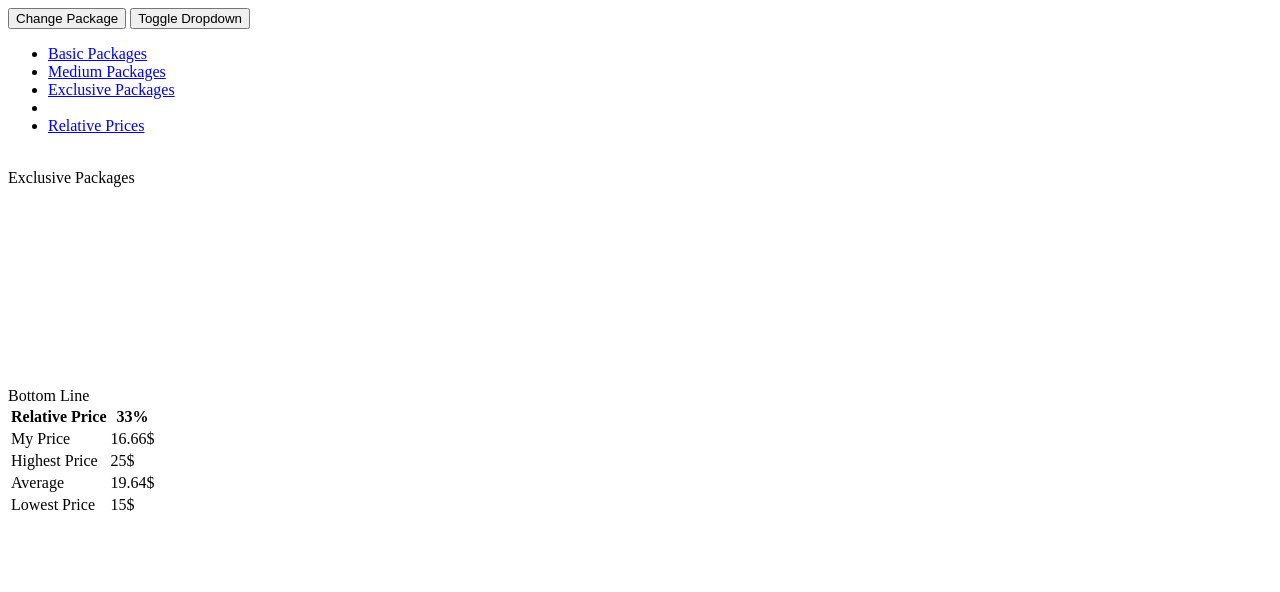
Repository: netaosman/Price-try-course
Page: prixceFrontEnd/src/main/webapp/Prixce_FrontEnd/HTML/Market/pricesPack/HighPackages.html
An editor plug-in stored every save of this project. The page is shown before and after the next save, followed by the edit.
The browser window is 1280 px wide. The pictures show the whole page.

Above is the page before, as saved 2017-09-24 16:07:46.

### prixceFrontEnd/src/main/webapp/Prixce_FrontEnd/HTML/Market/pricesPack/HighPackages.html
<!--  <p class="sub-header">Exclusive Packages</p>-->

<div class="container-fluid">
	<div class="dropdown">
		<!-- Split button -->
		<div class="btn-group">
			<button type="button" class="btn btn-default">Change Package</button>
			<button type="button" class="btn btn-default dropdown-toggle"
				data-toggle="dropdown" aria-haspopup="true" aria-expanded="false">
				<span class="caret"></span> <span class="sr-only">Toggle
					Dropdown</span>
			</button>
			<ul class="dropdown-menu">
				<li><a href="#/BasicPackages">Basic Packages</a></li>
				<li><a href="#/MedPackages">Medium Packages</a></li>
				<li><a href="#/HighPackages">Exclusive Packages</a></li>
				<li role="separator" class="divider"></li>
				<li><a href="#/RelativePrices">Relative Prices</a></li>
			</ul>
		</div>
	</div>
	<br>
	<div class="row placeholders">
		<div class="col-xs-12 col-md-8 col-lg-8" ng-controller="PricesHighCtrl">
			<div class="panel panel-default-1">
				<div class="panel-heading">Exclusive Packages</div>
				<div class="panel-body">
					<!-- <div class="panel-title">Prices</div> -->
					<canvas id="base" class="chart-horizontal-bar" chart-data="data"
						chart-labels="labels" chart-colors="colors" height="200">
                                </canvas>
				</div>
			</div>
		</div>
		<div class="col-xs-12 col-md-4 col-lg-4">
			<div class="panel panel-default-1">
				<div class="panel-heading">Bottom Line</div>
				<div class="panel-body">
					<table class="table">
						<thead>
							<tr>
								<th class="relative">Relative Price</th>
								<th class="relative-price">33%</th>
							</tr>
						</thead>
						<tbody>
							<tr>
								<td class="title-prices"><span
									class="glyphicon glyphicon-hand-right" aria-hidden="true"></span>
									My Price</td>
								<td class="prices">16.66$</td>
							</tr>
							<tr>
								<td class="title-prices"><span
									class="glyphicon glyphicon-hand-up" aria-hidden="true"></span>
									Highest Price</td>
								<td class="prices">25$</td>
							</tr>
							<tr>
								<td class="title-prices"><span
									class="glyphicon glyphicon-hand-left" aria-hidden="true"></span>
									Average</td>
								<td class="prices">19.64$</td>
							</tr>
							<tr>
								<td class="title-prices"><span
									class="glyphicon glyphicon-thumbs-down" aria-hidden="true"></span>
									Lowest Price</td>
								<td class="prices">15$</td>
							</tr>
						</tbody>
					</table>
				</div>
			</div>
		</div>
	</div>
</div>

After the next save:
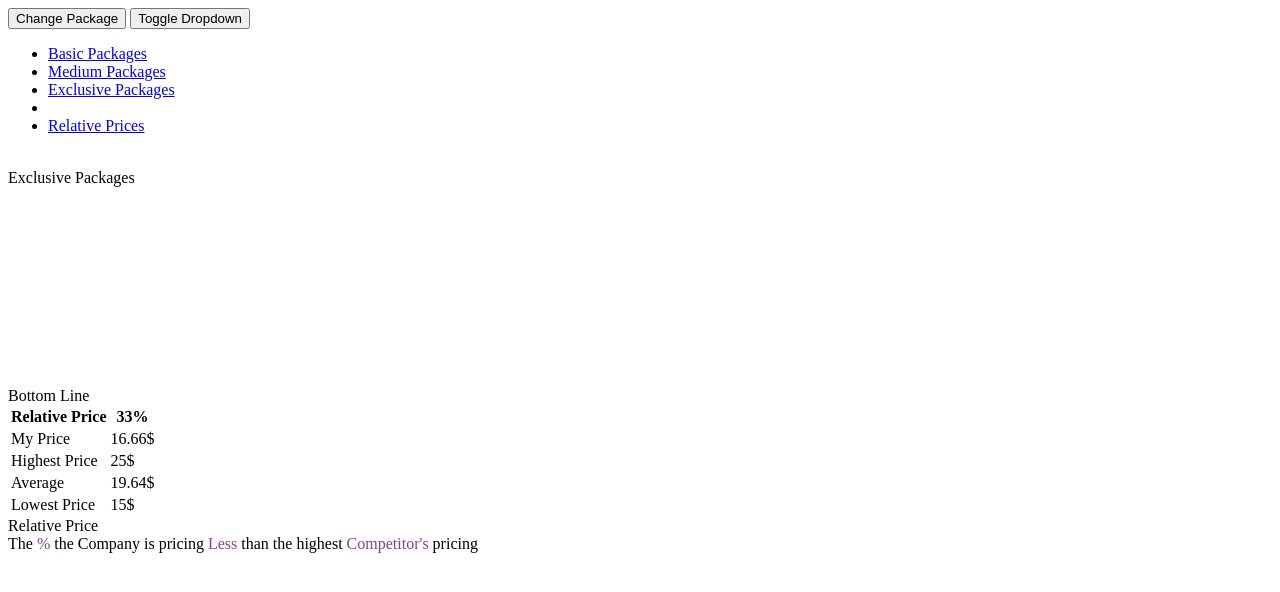
Saved 2 min 57 s later.
--- a/prixceFrontEnd/src/main/webapp/Prixce_FrontEnd/HTML/Market/pricesPack/HighPackages.html
+++ b/prixceFrontEnd/src/main/webapp/Prixce_FrontEnd/HTML/Market/pricesPack/HighPackages.html
@@ -73,5 +73,12 @@
 				</div>
 			</div>
 		</div>
+		<div class="col-xs-12 col-md-4 col-lg-4">
+			<div class="panel panel-default-1">
+				<div class="panel-title">Relative Price</div>
+				<div class="panel-body">The <font color="#8a3e8e">%</font> the Company is pricing <font color="#8a3e8e">Less</font> than
+					the highest <font color="#8a3e8e">Competitor's</font> pricing</div>
+			</div>
+		</div>
 	</div>
 </div>
